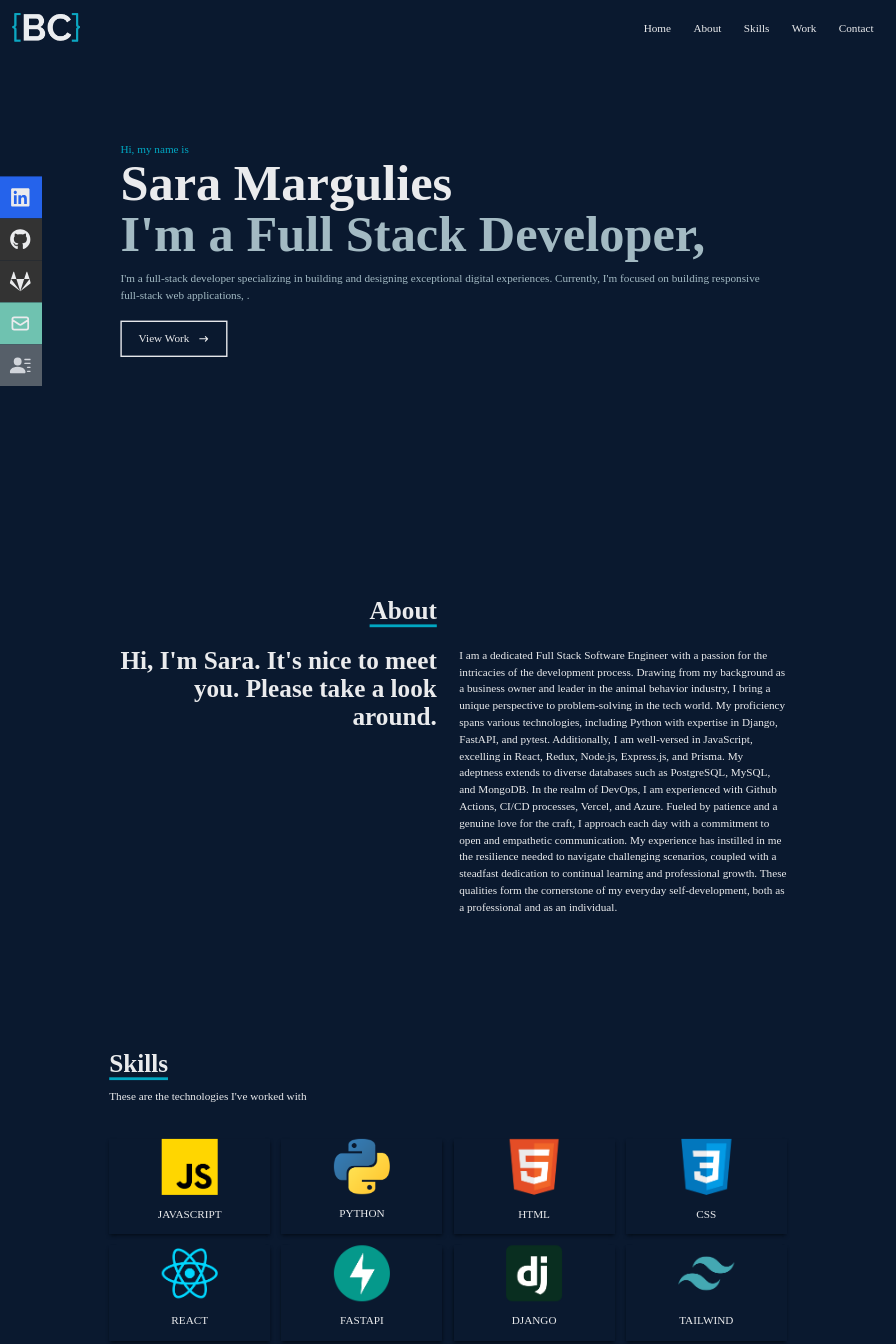
Repository: saramargulies/margulies-portfolio
Page: /
The author's editor kept a copy of each file at every save. The page is drawn from the files as they stood at one save, then again after the next save.
The browser window is 1280 px wide. The pictures show the part of the page from y = 0 to 1920 px (the page is 3600 px tall), at 70% of full size.
The project was rebuilt for these pictures with package versions that can differ from the ones it lists, and the page was loaded fresh each time.

Above is the page before, as saved 2023-12-05 12:45:28.

### public/index.html
<!DOCTYPE html>
<html lang="en">
  <head>
    <meta charset="utf-8" />
    <link rel="icon" href="%PUBLIC_URL%/favicon.ico" />
    <meta name="viewport" content="width=device-width, initial-scale=1" />
    <meta name="theme-color" content="#000000" />
    <meta
      name="description"
      content="Web site created using create-react-app"
    />
    <link rel="apple-touch-icon" href="%PUBLIC_URL%/logobluemobile.png" />
    <!--
      manifest.json provides metadata used when your web app is installed on a
      user's mobile device or desktop. See https://developers.google.com/web/fundamentals/web-app-manifest/
    -->
    <link rel="manifest" href="%PUBLIC_URL%/manifest.json" />
    <!--
      Notice the use of %PUBLIC_URL% in the tags above.
      It will be replaced with the URL of the `public` folder during the build.
      Only files inside the `public` folder can be referenced from the HTML.

      Unlike "/favicon.ico" or "favicon.ico", "%PUBLIC_URL%/favicon.ico" will
      work correctly both with client-side routing and a non-root public URL.
      Learn how to configure a non-root public URL by running `npm run build`.
    -->
    <title>Brad Cochi</title>
  </head>
  <body>
    <noscript>You need to enable JavaScript to run this app.</noscript>
    <div id="root"></div>
    <!--
      This HTML file is a template.
      If you open it directly in the browser, you will see an empty page.

      You can add webfonts, meta tags, or analytics to this file.
      The build step will place the bundled scripts into the <body> tag.

      To begin the development, run `npm start` or `yarn start`.
      To create a production bundle, use `npm run build` or `yarn build`.
    -->
  </body>
</html>

### src/components/Home.jsx
import React from "react";
import { HiArrowNarrowRight } from "react-icons/hi";
import { Link } from "react-scroll";

const Home = () => {
  return (
    <div name="home" className="w-full h-screen bg-[#0a192f]">
      {/* Container */}
      <div className="max-w-[1000px] mx-auto px-8 flex flex-col justify-center h-full">
        <p className="text-[#01a7c2]">Hi, my name is</p>
        <h1 className="text-4xl sm:text-7xl font-bold text-[#eaebed]">
          Sara Margulies
        </h1>
        <h2 className="text-4xl sm:text-7xl font-bold text-[#a3bac3]">
          I'm a Full Stack Developer,
        </h2>
        {/* Update the description in <p> tag to something personal */}
        <p className="text-[#a3bac3] py-4 max-w-700px">
          I'm a full-stack developer specializing in building and designing exceptional digital experiences. Currently, I'm focused on
          building responsive full-stack web applications, .
        </p>
        <div>
          <Link to="work" smooth={true} duration={500}>
            <button className="text-[#eaebed] group border-2 px-6 py-3 my-2 flex items-center hover:bg-[#01a7c2] hover:border-[#01a7c2]">
              View Work
              <span className="group-hover:rotate-90 duration-300">
                <HiArrowNarrowRight className="ml-3" />
              </span>
            </button>
          </Link>
        </div>
      </div>
    </div>
  );
};

export default Home;

### src/components/About.jsx
import React from "react";

const About = () => {
  return (
    <div name="about" className="w-full h-screen bg-[#0a192f] text-[#eaebed]">
      <div className="flex flex-col justify-center items-center w-full h-full">
        <div className="max-w-[1000px] w-full grid grid-cols-2 gap-8">
          <div className="sm:text-right pb-8 pl-4">
            <p className="text-4xl font-bold inline border-b-4 border-[#01a7c2]">
              About
            </p>
          </div>
          <div></div>
        </div>
        <div className="max-w-[1000px] w-full grid sm:grid-cols-2 gap-8 px-4">
          <div className="sm:text-right text-4xl font-bold">
            <p>
              Hi, I'm Sara. It's nice to meet you. Please take a look around.
            </p>
          </div>
          <div>
            <p>
              I am a dedicated Full Stack Software Engineer with a passion for
              the intricacies of the development process. Drawing from my
              background as a business owner and leader in the animal behavior
              industry, I bring a unique perspective to problem-solving in the
              tech world. My proficiency spans various technologies, including
              Python with expertise in Django, FastAPI, and pytest.
              Additionally, I am well-versed in JavaScript, excelling in React,
              Redux, Node.js, Express.js, and Prisma. My adeptness extends to
              diverse databases such as PostgreSQL, MySQL, and MongoDB. In the
              realm of DevOps, I am experienced with Github Actions, CI/CD
              processes, Vercel, and Azure. Fueled by patience and a genuine
              love for the craft, I approach each day with a commitment to open
              and empathetic communication. My experience has instilled in me
              the resilience needed to navigate challenging scenarios, coupled
              with a steadfast dedication to continual learning and professional
              growth. These qualities form the cornerstone of my everyday
              self-development, both as a professional and as an individual.
            </p>
          </div>
        </div>
      </div>
    </div>
  );
};

export default About;

### src/components/Skills.jsx
import React from "react";
import HTML from "../assets/html.png";
import CSS from "../assets/css.png";
import JavaScript from "../assets/javascript.png";
import Python from "../assets/python.png";
import ReactImg from "../assets/react.png";
import Django from "../assets/django.png";
import FastAPI from "../assets/fastapi.png";
import Tailwind from "../assets/tailwind.png";
import Bootstrap from "../assets/bootstrap.png";
import Mongo from "../assets/mongo.png";
import PostgreSQL from "../assets/postgresql.png";
import Docker from "../assets/docker.png";

const Skills = () => {
  return (
    <div
      name="skills"
      className="w-full min-h-screen flex items-center bg-[#0a192f] text-[#eaebed]"
    >
      {/* container */}
      <div className="max-w-[1000px] mx-auto p-4 flex flex-col justify-center w-full h-full">
        <div>
          <p className="text-4xl font-bold inline border-b-4 border-[#01a7c2]">
            Skills
          </p>
          <p className="py-4">These are the technologies I've worked with</p>
        </div>
        <div className="w-full grid grid-cols-2 sm:grid-cols-4 gap-4 text-center py-8">
          <div className="shadow-md shadow-[#040c16] hover:scale-110 duration-500">
            <img
              className="w-20 mx-auto"
              src={JavaScript}
              alt="JavaScript icon"
            />
            <p className="my-4">JAVASCRIPT</p>
          </div>
          <div className="shadow-md shadow-[#040c16] hover:scale-110 duration-500">
            <img className="w-20 mx-auto" src={Python} alt="Python icon" />
            <p className="my-4">PYTHON</p>
          </div>
          <div className="shadow-md shadow-[#040c16] hover:scale-110 duration-500">
            <img className="w-20 mx-auto" src={HTML} alt="HTML icon" />
            <p className="my-4">HTML</p>
          </div>
          <div className="shadow-md shadow-[#040c16] hover:scale-110 duration-500">
            <img className="w-20 mx-auto" src={CSS} alt="CSS icon" />
            <p className="my-4">CSS</p>
          </div>

          <div className="shadow-md shadow-[#040c16] hover:scale-110 duration-500">
            <img className="w-20 mx-auto" src={ReactImg} alt="React icon" />
            <p className="my-4">REACT</p>
          </div>
          <div className="shadow-md shadow-[#040c16] hover:scale-110 duration-500">
            <img className="w-20 mx-auto" src={FastAPI} alt="FastAPI icon" />
            <p className="my-4">FASTAPI</p>
          </div>
          <div className="shadow-md shadow-[#040c16] hover:scale-110 duration-500">
            <img className="w-20 mx-auto" src={Django} alt="Django icon" />
            <p className="my-4">DJANGO</p>
          </div>
          <div className="shadow-md shadow-[#040c16] hover:scale-110 duration-500">
            <img className="w-20 mx-auto" src={Tailwind} alt="Tailwind icon" />
            <p className="my-4">TAILWIND</p>
          </div>
          <div className="shadow-md shadow-[#040c16] hover:scale-110 duration-500">
            <img
              className="w-20 mx-auto"
              src={Bootstrap}
              alt="Bootstrap icon"
            />
            <p className="my-4">BOOTSTRAP</p>
          </div>
          <div className="shadow-md shadow-[#040c16] hover:scale-110 duration-500">
            <img className="w-20 mx-auto" src={Mongo} alt="Mongo DB icon" />
            <p className="my-4">MONGO DB</p>
          </div>
          <div className="shadow-md shadow-[#040c16] hover:scale-110 duration-500">
            <img
              className="w-20 mx-auto"
              src={PostgreSQL}
              alt="PostgreSQL icon"
            />
            <p className="my-4">POSTGRESQL</p>
          </div>
          <div className="shadow-md shadow-[#040c16] hover:scale-110 duration-500">
            <img className="w-20 mx-auto" src={Docker} alt="Docker icon" />
            <p className="my-4">DOCKER</p>
          </div>
        </div>
      </div>
    </div>
  );
};

export default Skills;

### src/components/Work.jsx
import React from "react";
import NPDBImg from "../assets/projects/NPDBImg.png";

const Work = () => {
  return (
    <div
      name="work"
      className="w-full md:min-h-screen flex items-center text-[#eaebed] bg-[#0a192f]"
    >
      <div className="max-w-[1000px] mx-auto p-4 flex flex-col justify-center w-full h-full">
        <div className="pb-8">
          <p className="text-4xl font-bold online border-b-4 text-[#eaebed] border-[#01a7c2]">
            Work
          </p>
          <p className="py-6">Check out some of my recent work</p>
        </div>

        {/* Container */}
        <div className="grid sm:grid-cols-2 md:grid-cols-3 gap-4">
          {/* Grid Item */}
          <div
            style={{ backgroundImage: `url(${NPDBImg})` }}
            className="shadow-lg shadow-[#040c16] group container rounded-md flex justify-center items-center mx-auto content-div"
          >
            {/* Hover Effects */}
            <div className="opacity-0 group-hover:opacity-100">
              <span className="text-2xl font-bold text-[#eaebed] track-wider">
                React JS Application
              </span>
              <div className="pt-8 text-center">
                <a
                  href="https://saramargs.gitlab.io/npdt/"
                  target="_blank"
                  rel="noopener noreferrer"
                >
                  <button className="text-center rounded-lg px-4 py-3 m-2 bg-[#eaebed] text-gray-700 font-bold text-lg">
                    Demo
                  </button>
                </a>
                <a
                  href="https://gitlab.com/saramargs/npdt"
                  target="_blank"
                  rel="noopener noreferrer"
                >
                  <button className="text-center rounded-lg px-4 py-3 m-2 bg-[#eaebed] text-gray-700 font-bold text-lg">
                    Code
                  </button>
                </a>
              </div>
            </div>
          </div>
        </div>
      </div>
    </div>
  );
};

export default Work;

### src/components/Contact.jsx
import React from "react";

const Contact = () => {
  return (
    <div
      name="contact"
      className="w-full min-h-screen bg-[#0a192f] flex justify-center items-center"
    >
      <form
        method="POST"
        action="https://getform.io/f/15822fa6-c7ff-455a-a9fe-c3d2c82dc92a"
        className="flex flex-col max-w-[600px] w-full p-4"
      >
        <div className="pb-8">
          <p className="text-4xl font-bold inline border-b-4 border-[#01a7c2] text-[#eaebed]">
            Contact
          </p>
          <p className="text-[#eaebed] py-4">
            Submit the form below or reach out to SaraAustenM@gmail.com
          </p>
        </div>
        <input
          className="p-2 bg-[#ccd6f6]"
          type="text"
          placeholder="Name"
          name="name"
        />
        <input
          className="my-4 p-2 bg-[#ccd6f6]"
          type="email"
          placeholder="Email"
          name="email"
        />
        <textarea
          className="p-2 bg-[#ccd6f6]"
          name="message"
          rows="10"
          placeholder="Message"
        />
        <button className="text-[#eaebed] border-2 px-4 py-3 my-8 mx-auto flex items-center hover:bg-[#01a7c2] hover:border-[#01a7c2]">
          Let's Collaborate
        </button>
      </form>
    </div>
  );
};

export default Contact;

Loaded but not shown: src/index.js (common file); src/index.css (common file); tailwind.config.js (common file); src/App.js (26 lines, source omitted); src/components/Navbar.jsx (193 lines, source omitted)

After the next save:
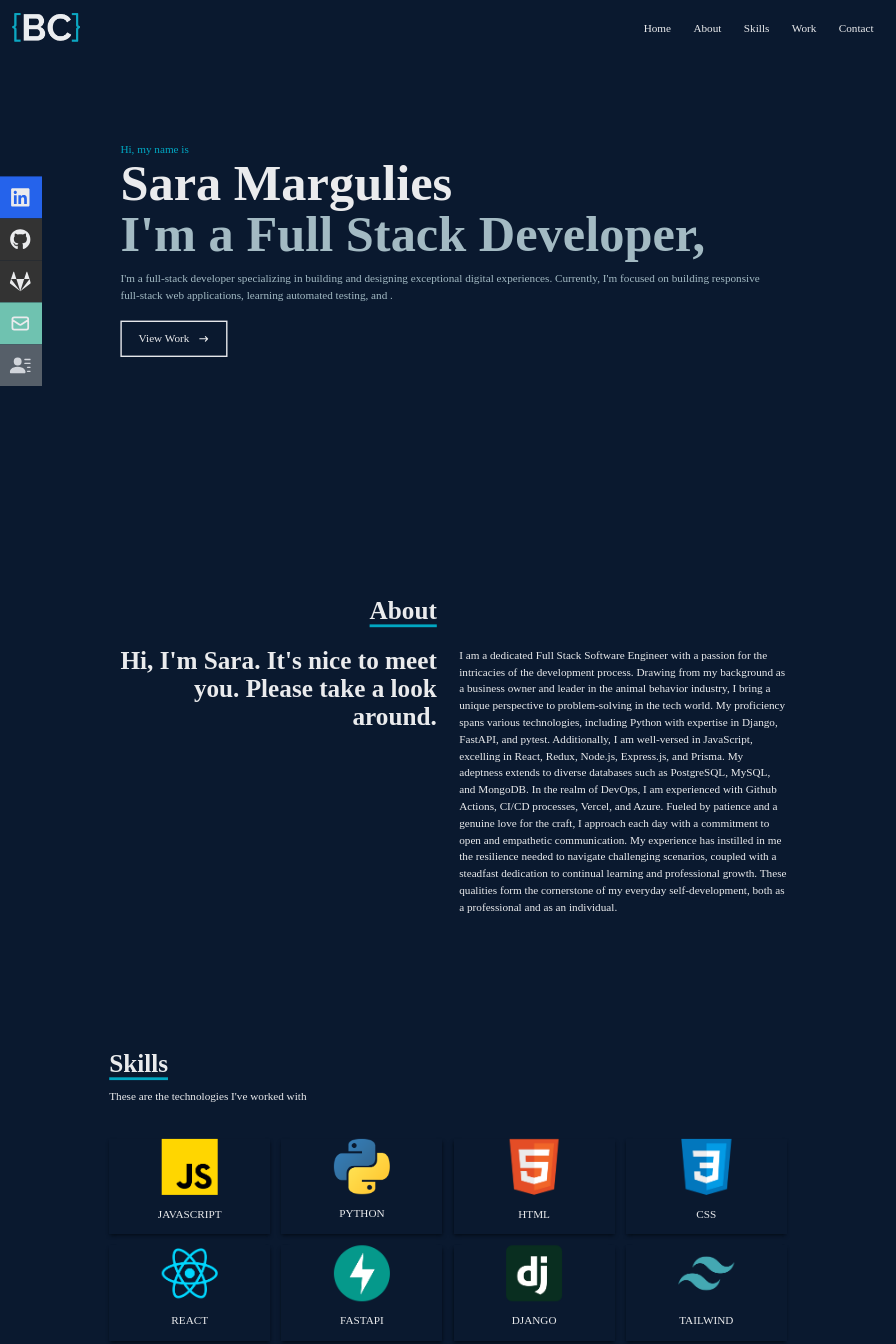
Saved 5 s later.
--- a/src/components/Home.jsx
+++ b/src/components/Home.jsx
@@ -17,7 +17,7 @@
         {/* Update the description in <p> tag to something personal */}
         <p className="text-[#a3bac3] py-4 max-w-700px">
           I'm a full-stack developer specializing in building and designing exceptional digital experiences. Currently, I'm focused on
-          building responsive full-stack web applications, .
+          building responsive full-stack web applications, learning automated testing, and .
         </p>
         <div>
           <Link to="work" smooth={true} duration={500}>

After the 2 saves that followed:
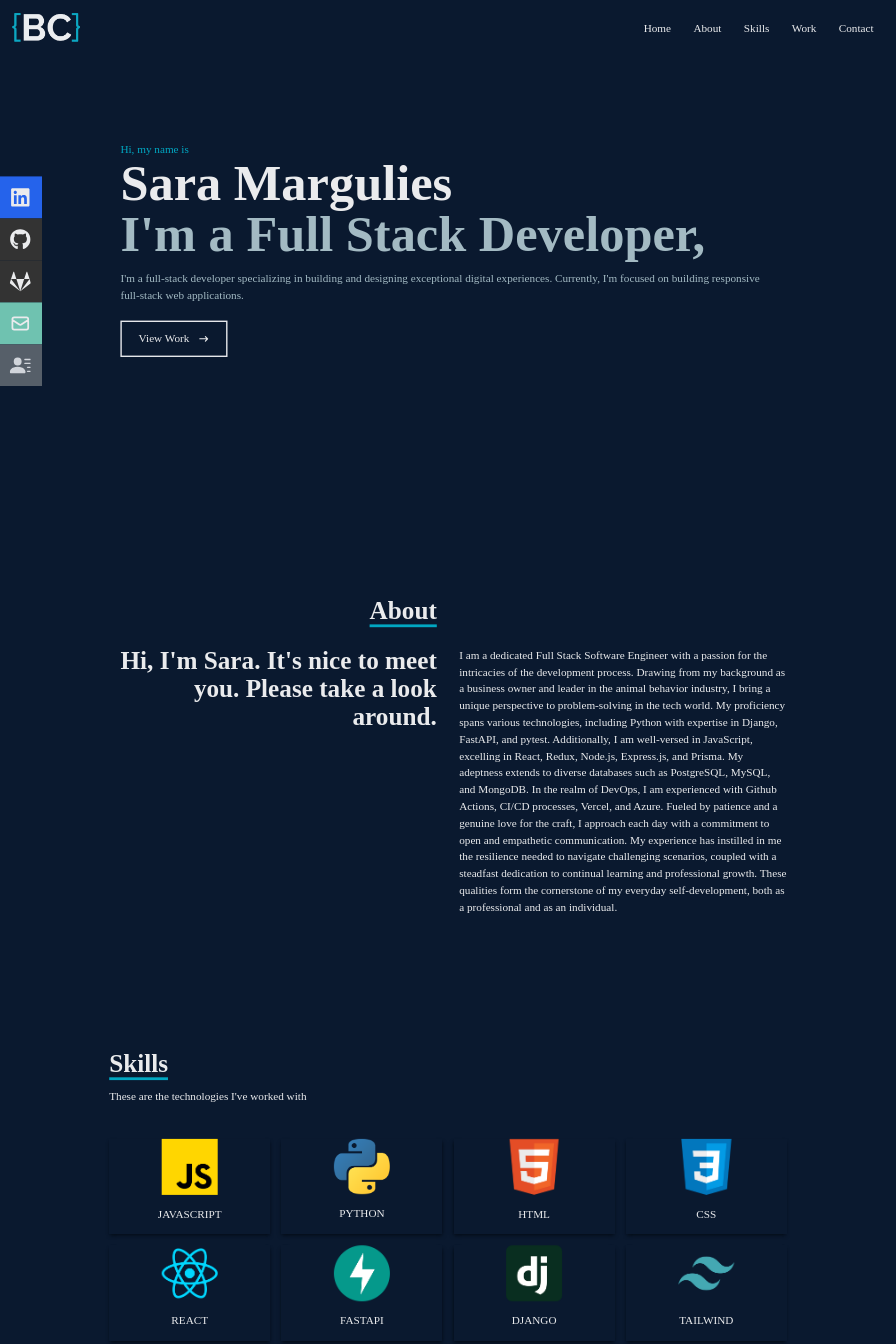
The 2 saves are shown as one change because they came seconds apart.
The last was saved 8 s later.
--- a/src/components/Home.jsx
+++ b/src/components/Home.jsx
@@ -17,7 +17,7 @@
         {/* Update the description in <p> tag to something personal */}
         <p className="text-[#a3bac3] py-4 max-w-700px">
           I'm a full-stack developer specializing in building and designing exceptional digital experiences. Currently, I'm focused on
-          building responsive full-stack web applications, learning automated testing, and .
+          building responsive full-stack web applications.
         </p>
         <div>
           <Link to="work" smooth={true} duration={500}>
